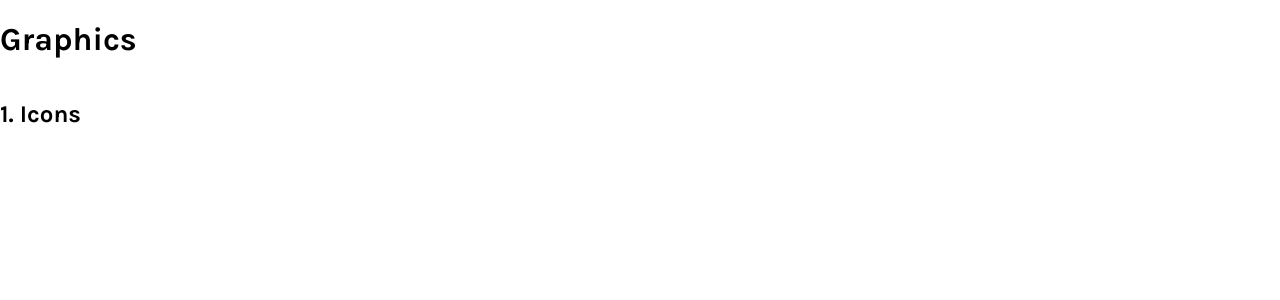
Repository: sarahjx/MDIA2106
Page: html/graphics.html
An editor plug-in stored every save of this project. The page is shown before and after the next save, followed by the edit.
The browser window is 1280 px wide. The pictures show the whole page.
Some web fonts or font styles are not loaded; a fallback is used.

Above is the page before, as saved 2025-04-04 15:48:26.

### html/graphics.html
<!DOCTYPE html>
<html lang="en">
<head>
    <meta charset="UTF-8">
    <meta name="viewport" content="width=device-width, initial-scale=1.0">
    <link href="https://fonts.googleapis.com/css2?family=Karla:ital,wght@0,200..800;1,200..800&family=Niconne&display=swap" rel="stylesheet">
    <link rel="stylesheet" href="../styles/styles.css">
    <title>Graphics</title>
</head>
<body>
    <h1 class="graphics-header">Graphics</h1>
    <h2 class="icon-subheader">1. Icons</h2>
    <p class="graphics-paragraph"></p>
</body>
</html>

### styles/styles.css
:root {
    --font-primary: 'Karla', sans-serif;
    --font-logo: 'Niconne', cursive;

    --color-primary: #816CC5;
    --color-secondary: #CFADFF;
    --color-neutral: #C6C6C6;
    --color-light: #ffffff;

    --spacing-xs: 4px;
    --spacing-sm: 8px;
    --spacing-md: 16px;
    --spacing-lg: 32px;
    --spacing-xl: 64px;

    --font-size-xs: 0.75rem;   /* 12px */
    --font-size-sm: 0.875rem;  /* 14px */
    --font-size-base: 1rem;    /* 16px */
    --font-size-md: 1.125rem;  /* 18px */
    --font-size-lg: 1.5rem;    /* 24px */
    --font-size-xl: 2rem;      /* 32px */
    --font-size-xxl: 3rem;     /* 48px */
}



/* Header Styles */
html, body {
    height: 100%;
}

body {
    display: flex;
    flex-direction: column;
    margin: 0;
    min-height: 100vh;
    font-family: var(--font-primary);
}

.header {
    position: relative;
    z-index: 2;
    padding: var(--spacing-md) var(--spacing-lg);
}

.main__content {
    flex: 1;
    position: relative;
    height: 100vh;
}

.header__container {
    display: flex;
    justify-content: space-between;
    align-items: center;
    margin-top: var(--spacing-md);
}

.header__title {
    display: flex;
    align-items: center;
    gap: var(--spacing-sm);
    text-decoration: none;
    color: var(--color-light);
    font-size: var(--font-size-xxl);
    font-weight: bold;
    font-family: var(--font-logo);
}

.logo__icon {
    height: 60px;
    width: auto;
    margin-left: var(--spacing-xl);
}

.header__buttons {
    display: flex;
    gap: var(--spacing-sm);
    flex-wrap: wrap;
    margin-right: var(--spacing-xl);
}

.header__button {
    padding: var(--spacing-sm) var(--spacing-md);
    font-size: var(--font-size-base);
    color: var(--color-primary);
    border: none;
    border-radius: 4px;
    text-decoration: none;
    transition: background-color 0.3s ease;
}

.header__button:hover {
    background-color: var(--color-secondary);
    color: var(--color-light);
}

.svg__background {
    position: absolute;
    top: 0;
    left: 0;
    width: 100%;
    height: 100vh;
    background-image: url('../images/hero-background.svg');
    background-size: cover;
    background-position: center;
    z-index: -1;
}

.hero__text-group {
    display: flex;
    align-items: center;
    gap: var(--spacing-lg);
    flex-wrap: wrap;
}

.hero__text {
    position: relative;
    z-index: 1;
    padding: var(--spacing-lg);
    margin-left: 240px;
    margin-top: 90px;
    height: 100vh;
    box-sizing: border-box;
}

.hero__text-title {
    font-size: clamp(3rem, 4vw, 5rem);
    color: var(--color-primary);
    font-weight: bold;
    margin-bottom: 0;
}

.hero__text-subtitle{
    font-size: clamp(1rem, 1.5vw, 2.5rem);
    color: #ad90d6;
    margin-top: 0;
}

.hero__cta {
    display: inline-block;
    align-items: center;
    justify-content: center;
    padding: 1rem 2rem;
    background-color: var(--color-primary);
    color: var(--color-light) !important;
    font-family: var(--font-primary);
    font-size: 1.25rem;
    font-weight: 700;
    text-decoration: none;
    border-radius: 8px;
    transition: all 0.3s ease;
    min-width: 180px;
    box-shadow: 0 4px 12px rgba(129, 108, 197, 0.3);
    border: 2px solid transparent;
    align-self: center;
    margin-top: 1rem;
}

.hero__cta:hover {
    background-color: transparent;
    color: var(--color-primary) !important;
    border-color: var(--color-primary);
    transform: translateY(-3px);
    box-shadow: 0 6px 16px rgba(129, 108, 197, 0.4);
}

.hero__cta:active {
    transform: translateY(0);
}

.hero__floating-graphic {
    position: absolute;
    right: 22%;
    top: 45%;
    transform: translateY(-50%);
    width: 25vw; /* Responsive width */
    max-width: 300px;
    min-width: 150px;
    z-index: 1;
}

/* SVG Image Styles */
.floating-svg {
    width: 100%;
    height: auto;
    filter: drop-shadow(0 4px 8px rgba(0,0,0,0.1));
    animation:
        float 6s ease-in-out infinite,
        rotateY 8s linear infinite;
}

/* Floating Animation */
@keyframes float {
    0%, 100% { transform: translateY(0); }
    50% { transform: translateY(-20px); }
}

/* 3D Rotation Animation */
@keyframes rotateY {
    0% { transform: rotateY(0deg); }
    100% { transform: rotateY(720deg); }
}

.floating-svg:hover {
        animation-duration:
            3s,
            1s;
        filter: drop-shadow(0 6px 12px rgba(129, 108, 197, 0.3));
}

/* Home Styles */









/* Logo Page Styles*/









/* Colour Page Styles */










/* Typography Page Styles */










/* Graphics Page Styles */








/* References Page Styles */









/* Footer Styles */

/* Footer Styles */
.footer {
    position: relative;
    width: 100%;
    background-color: var(--color-primary);
    padding: var(--spacing-xl) 0;
    color: var(--color-light);
}

.footer__container {
    max-width: 1200px;
    margin: 0 auto;
    padding: 0 var(--spacing-lg);
    display: grid;
    grid-template-columns: 1fr 2fr;
    gap: var(--spacing-xl);
}

/* Logo section */
.footer__logo-wrapper {
    display: flex;
    flex-direction: column;
    align-items: flex-start;
    gap: var(--spacing-sm);
}

.footer__logo {
    height: 100px;
    width: auto;
}

.footer__wordmark {
    font-size: 2.5rem;
    font-family: var(--font-logo);
    margin: 0;
}

.footer__links-container {
    display: grid;
    grid-template-columns: 1fr 1fr;
    gap: var(--spacing-xl);
}

.footer__links, .footer__members {
    display: flex;
    flex-direction: column;
    align-items: flex-start;
    gap: var(--spacing-sm);
    padding: 0;
    margin: 0;
    list-style: none;
    z-index: 4;
}

.footer__links li, .footer__members li {
    margin-bottom: var(--spacing-xs);
}

.footer__links a {
    color: var(--color-light);
    text-decoration: none;
    font-size: var(--font-size-base);
    transition: opacity 0.2s ease;
}

.footer__links a:hover {
    opacity: 0.8;
}

.footer__members li, .footer__members a {
    color: var(--color-light);
    text-decoration: none;
    font-weight: bold;
    transition: opacity 0.2s ease;
}

.footer__members a:hover {
    opacity: 0.8;
}

.copyright__text {
    grid-column: 1 / -1;
    text-align: center;
    margin-top: var(--spacing-xl);
    font-size: var(--font-size-sm);
    color: var(--color-light);
    opacity: 0.8;
}

After the next save:
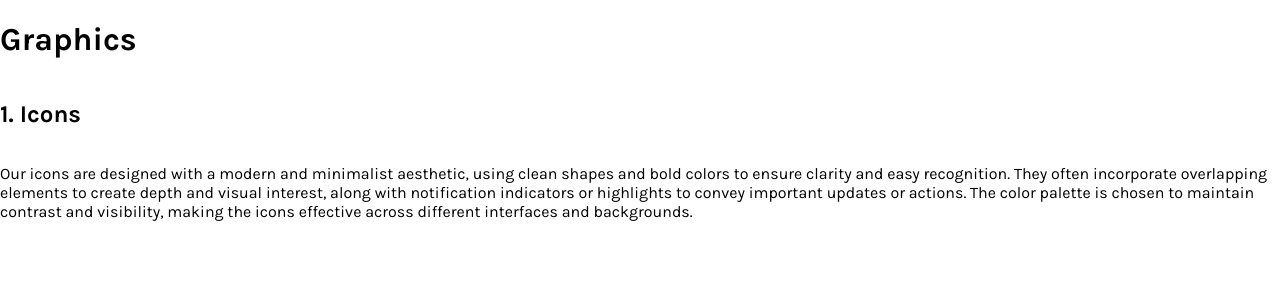
Saved 28 s later.
--- a/html/graphics.html
+++ b/html/graphics.html
@@ -10,6 +10,8 @@
 <body>
     <h1 class="graphics-header">Graphics</h1>
     <h2 class="icon-subheader">1. Icons</h2>
-    <p class="graphics-paragraph"></p>
+    <p class="graphics-paragraph">Our icons are designed with a modern and minimalist aesthetic, using clean shapes and bold colors to ensure clarity and easy recognition.
+        They often incorporate overlapping elements to create depth and visual interest, along with notification indicators or highlights to convey important updates or actions.
+        The color palette is chosen to maintain contrast and visibility, making the icons effective across different interfaces and backgrounds.</p>
 </body>
 </html>
